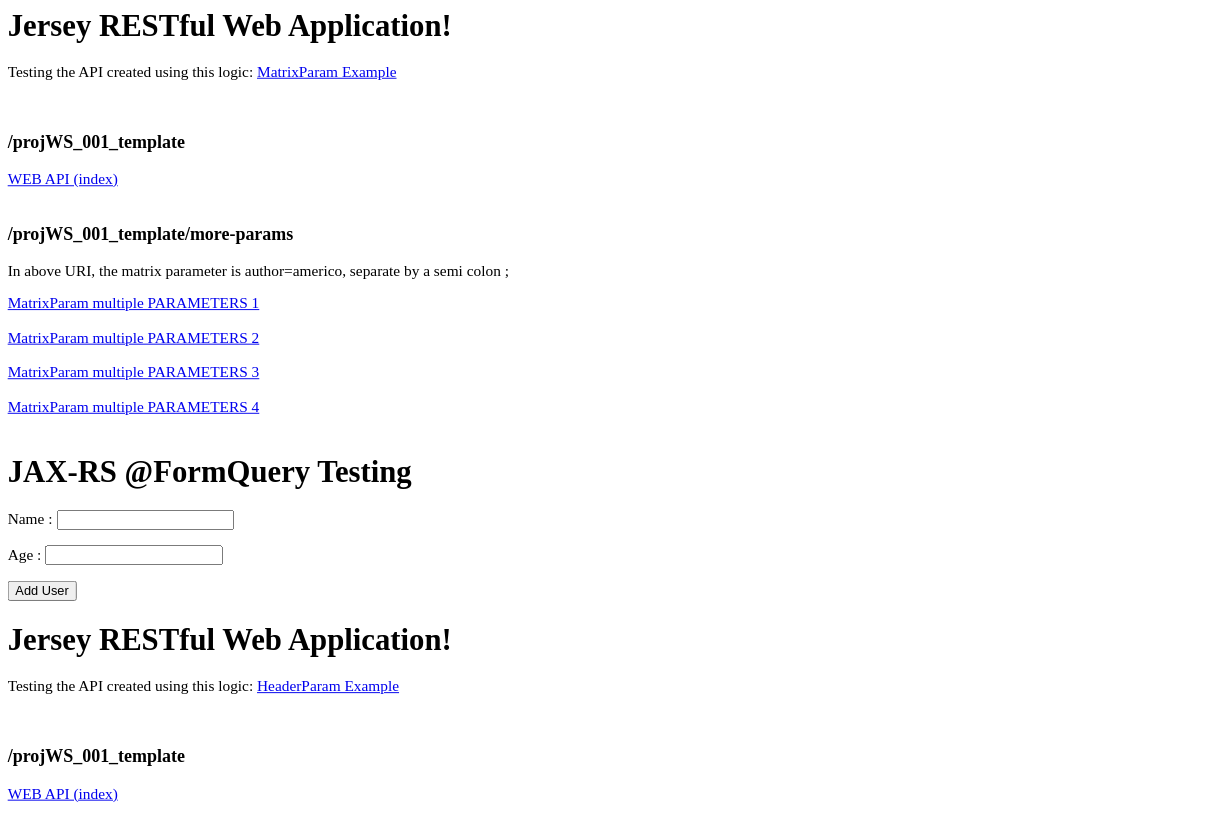
Repository: atafs/BackEnd_JAX-RS_REST_2continue
Page: http://localhost/projWS_001_template/
The author's editor kept a copy of each file at every save. The page is drawn from the files as they stood at one save, then again after the next save.
The browser window is 1280 px wide. The pictures show the whole page, at 96% of full size.
The page is served by Tomcat 9. Other server files are loaded and not shown.

Above is the page before, as saved 2016-05-02 16:41:44.

### projWS_001_template/src/main/webapp/index.jsp
<html>
<body>
	<!-- JAX-RS @MatrixParam example ######################################## -->
    <!-- TITLE -->
	<h1>Jersey RESTful Web Application!</h1>

	<!-- TXT -->
	<p>Testing the API created using this logic:
		<a href="http://www.mkyong.com/webservices/jax-rs/jax-rs-matrixparam-example/">MatrixParam Example</a>
	</p><br/>

	<!-- LINKS -->
	<h3>/projWS_001_template</h3>
	<a href="http://localhost:8085/projWS_001_template/">WEB API (index)</a><br/><br/>

	<h3>/projWS_001_template/more-params</h3>
	<p>In above URI, the matrix parameter is author=americo, separate by a semi colon ;</p>
	<a href="http://localhost:8085/projWS_001_template/americolib/ws/2011/">MatrixParam multiple PARAMETERS 1</a><br/><br/>
	<a href="http://localhost:8085/projWS_001_template/americolib/ws/2011;author=americo">MatrixParam multiple PARAMETERS 2</a><br/><br/>
	<a href="http://localhost:8085/projWS_001_template/americolib/ws/2011;author=tomas;country=portugal">MatrixParam multiple PARAMETERS 3</a><br/><br/>
	<a href="http://localhost:8085/projWS_001_template/americolib/ws/2011;country=malaysia;author=ana">MatrixParam multiple PARAMETERS 4</a><br/><br/>

    <!-- JAX-RS @FormParam example ######################################## -->
    <!-- FORM: binding between html and java classes -->
    <h1>JAX-RS @FormQuery Testing</h1>

	<form action="americolib/ws/add" method="post">
		<p>
			Name : <input type="text" name="name" />
		</p>
		<p>
			Age : <input type="text" name="age" />
		</p>
		<input type="submit" value="Add User" />
	</form>

    <!-- Get HTTP header in JAX-RS ######################################## -->
    <!-- TITLE -->
	<h1>Jersey RESTful Web Application!</h1>

	<!-- TXT -->
	<p>Testing the API created using this logic:
		<a href="http://www.mkyong.com/webservices/jax-rs/get-http-header-in-jax-rs/">HeaderParam  Example</a>
	</p><br/>

	<!-- LINKS -->
	<h3>/projWS_001_template</h3>
	<a href="http://localhost:8085/projWS_001_template/">WEB API (index)</a><br/><br/>



</body>
</html>

After the next save:
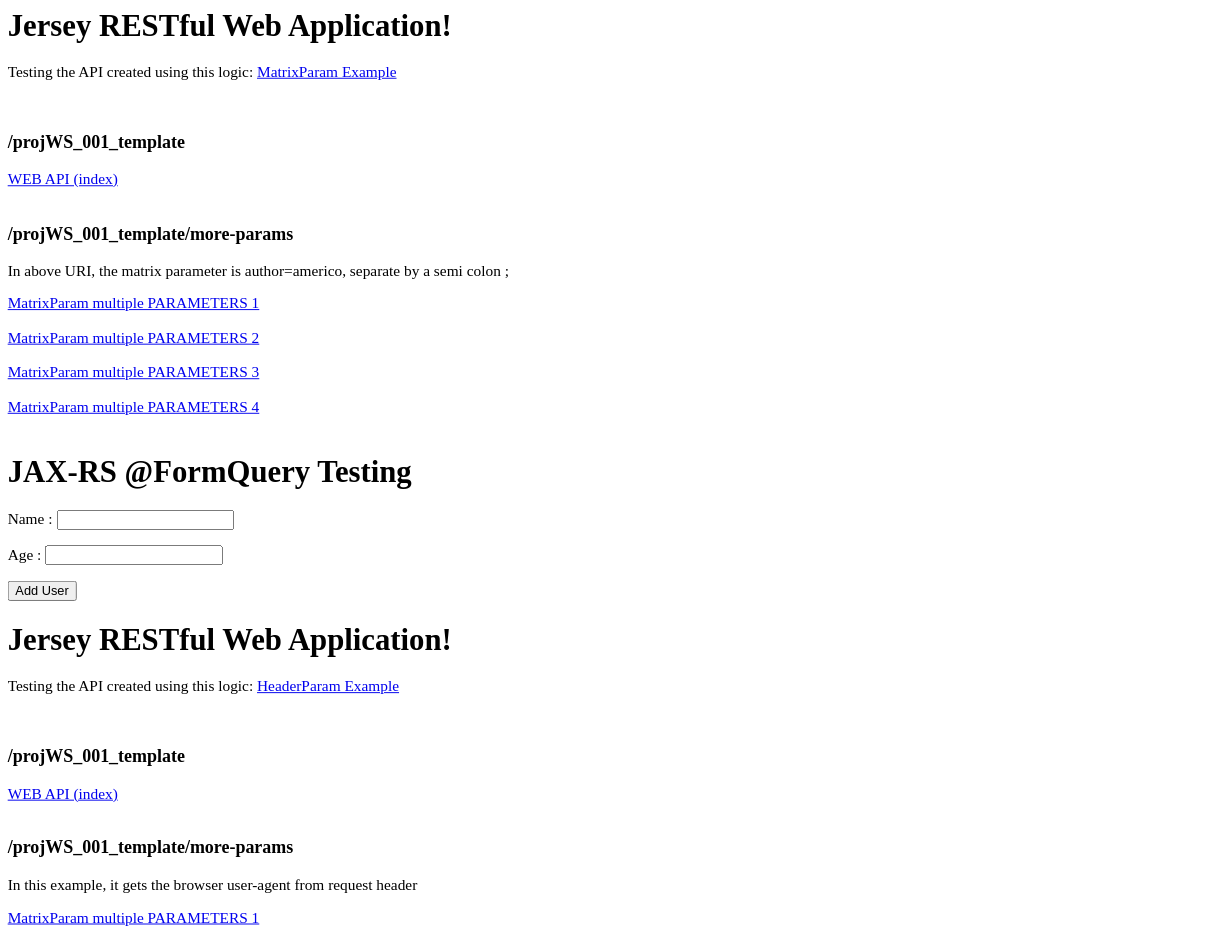
Saved 76 s later.
--- a/projWS_001_template/src/main/webapp/index.jsp
+++ b/projWS_001_template/src/main/webapp/index.jsp
@@ -47,6 +47,10 @@
 	<h3>/projWS_001_template</h3>
 	<a href="http://localhost:8085/projWS_001_template/">WEB API (index)</a><br/><br/>
 
+	<h3>/projWS_001_template/more-params</h3>
+	<p>In this example, it gets the browser user-agent from request header</p>
+	<a href="http://localhost:8085/projWS_001_template/americolib/ws/2011/">MatrixParam multiple PARAMETERS 1</a><br/><br/>
+
 
 
 </body>
